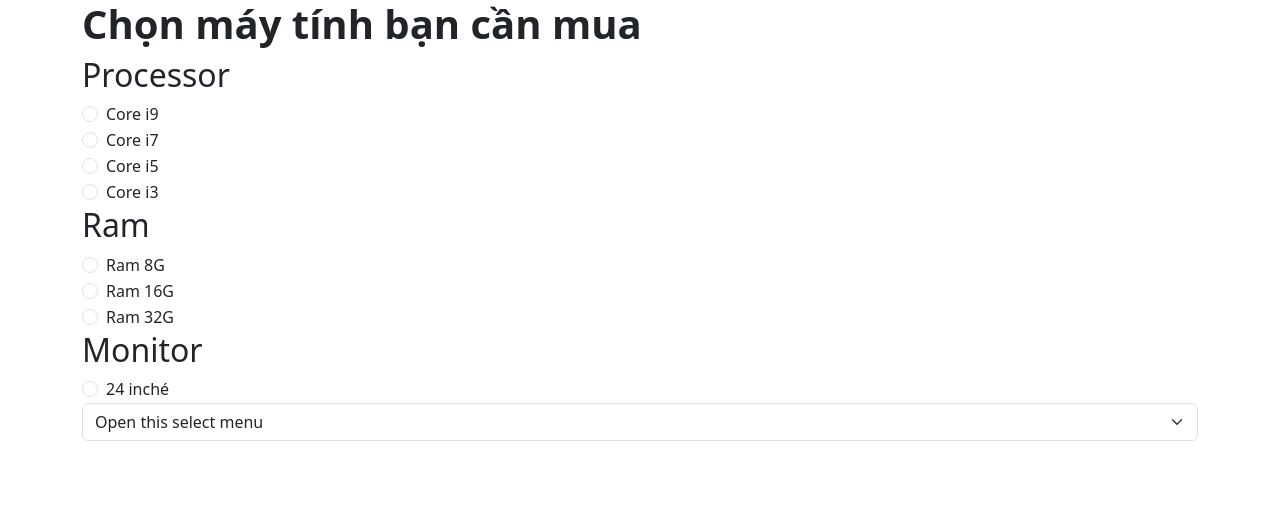
Repository: wuubangdev/bookstore-servlet-jsp
Page: http://localhost/Bai20_JSPCoban_TrangMuaHang/muaMayTinh.jsp
An editor plug-in stored every save of this project. The page is shown before and after the next save, followed by the edit.
The browser window is 1280 px wide. The pictures show the whole page.
The page is served by Tomcat 9.

Above is the page before, as saved 2024-03-19 02:53:25.

### Bai20_JSPCoban_TrangMuaHang/src/main/webapp/muaMayTinh.jsp
<%@ page language="java" contentType="text/html; charset=UTF-8"
    pageEncoding="UTF-8"%>
<!DOCTYPE html>
<html>
<head>
<meta charset="UTF-8">
<title>PC</title>
<link href="https://cdn.jsdelivr.net/npm/bootstrap@5.3.3/dist/css/bootstrap.min.css" rel="stylesheet" integrity="sha384-QWTKZyjpPEjISv5WaRU9OFeRpok6YctnYmDr5pNlyT2bRjXh0JMhjY6hW+ALEwIH" crossorigin="anonymous">
<script src="https://cdn.jsdelivr.net/npm/bootstrap@5.3.3/dist/js/bootstrap.bundle.min.js" integrity="sha384-YvpcrYf0tY3lHB60NNkmXc5s9fDVZLESaAA55NDzOxhy9GkcIdslK1eN7N6jIeHz" crossorigin="anonymous"></script>
</head>
<body>
	<div class="container">
		<h1 style="font-weight: bold;">Chọn máy tính bạn cần mua</h1>
		<form id="form-1">
			<h2>Processor</h2>
			<div class="form-check">
			  <input class="form-check-input" type="radio" name="processor" id="corei9">
			  <label class="form-check-label" for="corei9">
			   Core i9
			  </label>
			</div>
			<div class="form-check">
			  <input class="form-check-input" type="radio" name="processor" id="corei7">
			  <label class="form-check-label" for="corei7">
			   Core i7
			  </label>
			</div>
			<div class="form-check">
			  <input class="form-check-input" type="radio" name="processor" id="corei3">
			  <label class="form-check-label" for="corei3">
			   Core i5
			  </label>
			</div>
			<div class="form-check">
			  <input class="form-check-input" type="radio" name="processor" id="corei3">
			  <label class="form-check-label" for="corei3">
			   Core i3
			  </label>
			</div>
			<h2>Ram</h2>
			<div class="form-check">
			  <input class="form-check-input" type="radio" name="ram" id="8G">
			  <label class="form-check-label" for="8G">
			   Ram 8G
			  </label>
			</div>
			<div class="form-check">
			  <input class="form-check-input" type="radio" name="ram" id="16G">
			  <label class="form-check-label" for="16G">
			   Ram 16G
			  </label>
			</div>
			<div class="form-check">
			  <input class="form-check-input" type="radio" name="ram" id="32G">
			  <label class="form-check-label" for="32G">
			   Ram 32G
			  </label>
			</div>
			<h2>Monitor</h2>
			<div class="form-check">
			  <input class="form-check-input" type="radio" name="ram" id="32G">
			  <label class="form-check-label" for="32G">
			   24 inché
			  </label>
			</div>
			<select class="form-select" aria-label="Default select example">
			  <option selected>Open this select menu</option>
			  <option value="24 Inchs">One</option>
			  <option value="2">Two</option>
			  <option value="3">Three</option>
			</select>
		</form>
	</div>
</body>
</html>

After the next save:
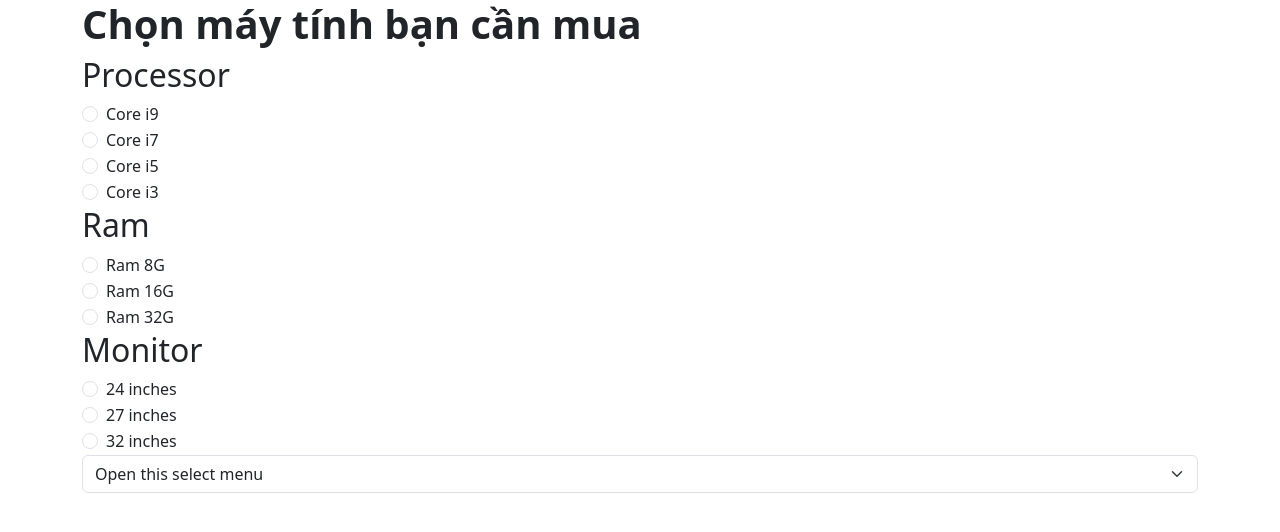
Saved 32 s later.
--- a/Bai20_JSPCoban_TrangMuaHang/src/main/webapp/muaMayTinh.jsp
+++ b/Bai20_JSPCoban_TrangMuaHang/src/main/webapp/muaMayTinh.jsp
@@ -58,9 +58,21 @@
 			</div>
 			<h2>Monitor</h2>
 			<div class="form-check">
+			  <input class="form-check-input" type="radio" name="monitor" id="32G">
+			  <label class="form-check-label" for="32G">
+			   24 inches
+			  </label>
+			</div>
+			<div class="form-check">
 			  <input class="form-check-input" type="radio" name="ram" id="32G">
 			  <label class="form-check-label" for="32G">
-			   24 inché
+			   27 inches
+			  </label>
+			</div>
+			<div class="form-check">
+			  <input class="form-check-input" type="radio" name="ram" id="32G">
+			  <label class="form-check-label" for="32G">
+			   32 inches
 			  </label>
 			</div>
 			<select class="form-select" aria-label="Default select example">
